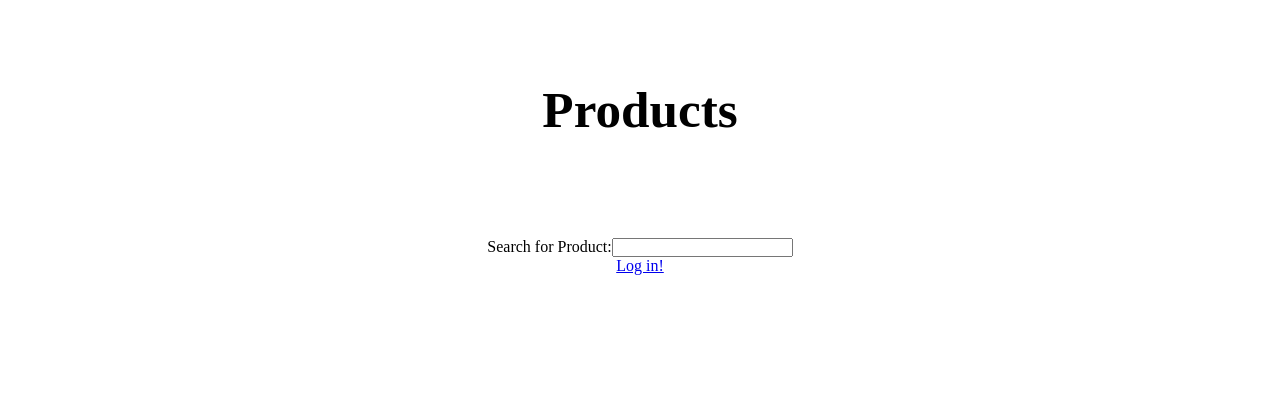
Repository: Andres513/CapStone
Page: /
These files come from the project's save history. The page is drawn as it stood at one moment and after the next save; the edit follows.
The browser window is 1280 px wide. The pictures show the whole page.
The page's requests for data from a server got no answer. The project was rebuilt for these pictures with package versions that can differ from the ones it lists, and the page was loaded fresh each time. No one was signed in, and anything a server would have sent is missing. Also part of the build but not shown: vite.config.js, src/components/Login.jsx, src/components/SingleProduct.jsx.

Above is the page before, as saved 2024-04-03 13:50:19.

After the next save:
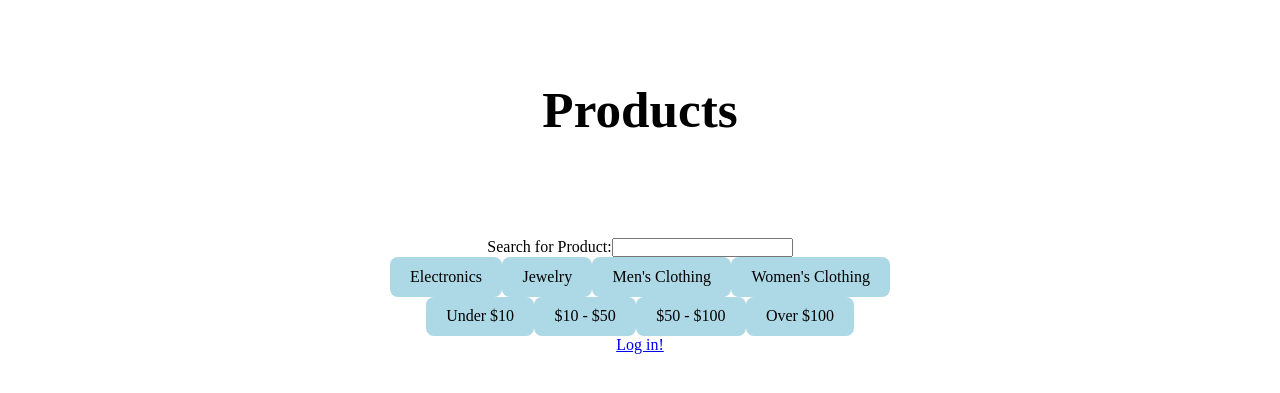
Saved 23 s later.
--- a/src/components/Filter.jsx
+++ b/src/components/Filter.jsx
@@ -1,11 +1,20 @@
-import { useEffect, useState } from "react"
 
-export default function Filter(){
-
+export default function Filter({ applyCategoryFilter, applyPriceFilter }) {
+    const categories = ['Electronics', 'Jewelry', 'Men\'s Clothing', 'Women\'s Clothing'];
+    const priceRanges = ['Under $10', '$10 - $50', '$50 - $100', 'Over $100'];
 
     return (
         <div>
-
+            <div>
+                {categories.map((category, index) => (
+                    <button key={index} onClick={() => applyCategoryFilter(category)} className="dot">{category}</button>
+                ))}
+            </div>
+            <div>
+                {priceRanges.map((priceRange, index) => (
+                    <button key={index} onClick={() => applyPriceFilter(priceRange)} className="dot">{priceRange}</button>
+                ))}
+            </div>
         </div>
-    )
+    );
 }
